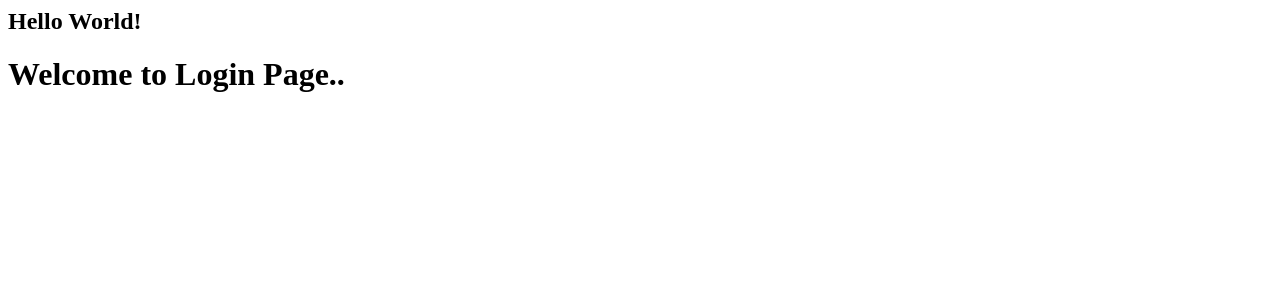
Repository: rkgupta8858/Advance-Java-Practice
Page: http://localhost/Spring-WebMVC4/
These files come from the project's save history. The page is drawn as it stood at one moment and after the next save; the edit follows.
The browser window is 1280 px wide. The pictures show the whole page.
The page is served by Tomcat 9. Other server files are loaded and not shown.

Above is the page before, as saved 2025-11-20 05:20:01.

### Spring MVC/Spring-WebMVC4/src/main/webapp/index.jsp
<html>
<body>
	<h2>Hello World!</h2>

	<h1>Welcome to Login Page..</h1>

</body>
</html>

After the next save:
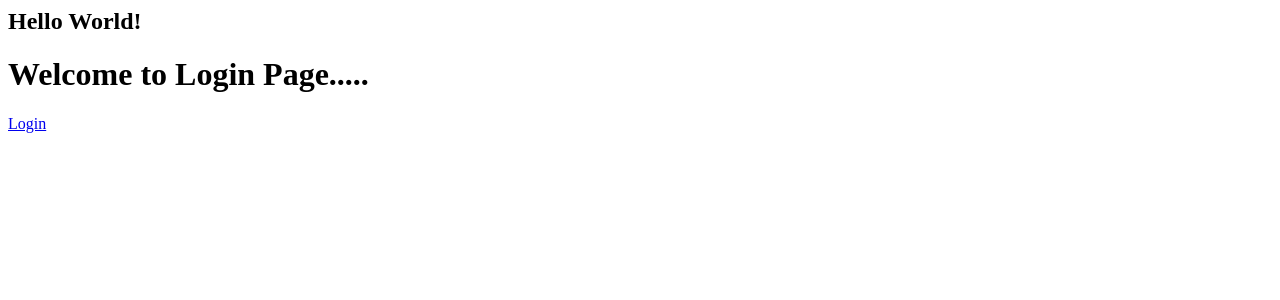
Saved 26 s later.
--- a/Spring MVC/Spring-WebMVC4/src/main/webapp/index.jsp
+++ b/Spring MVC/Spring-WebMVC4/src/main/webapp/index.jsp
@@ -2,7 +2,8 @@
 <body>
 	<h2>Hello World!</h2>
 
-	<h1>Welcome to Login Page..</h1>
+	<h1>Welcome to Login Page.....</h1>
+	<a href="login">Login</a>
 
 </body>
 </html>
